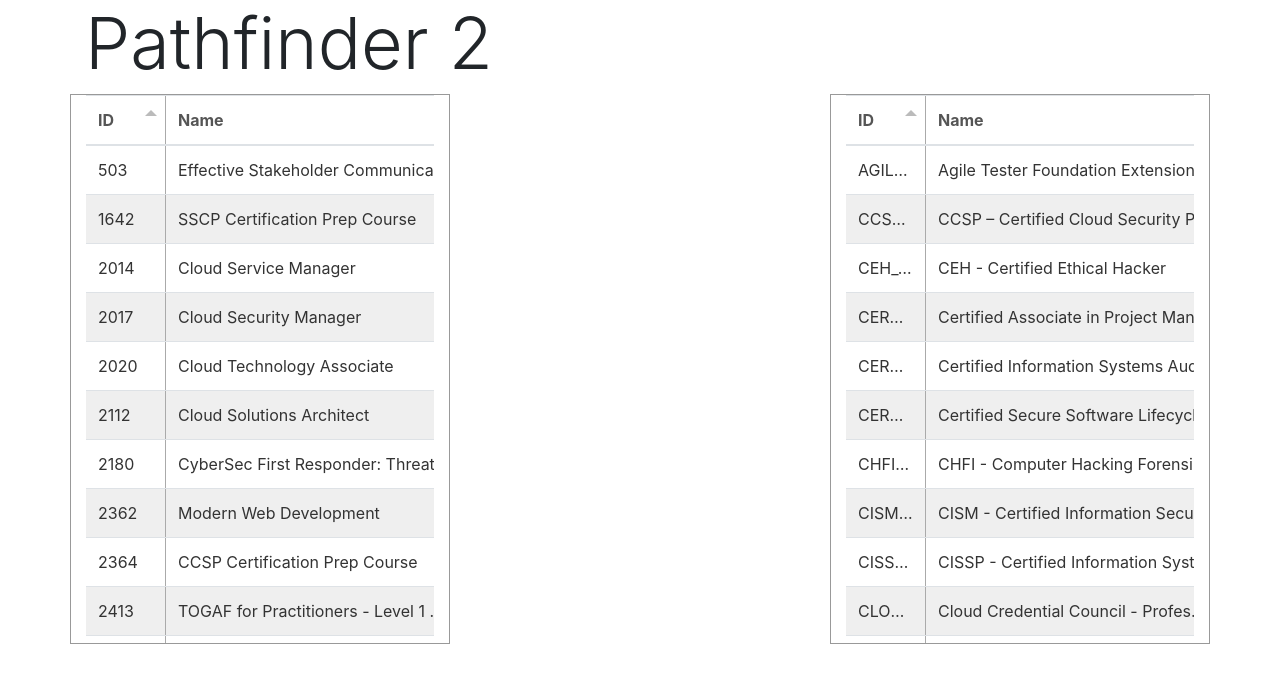
Repository: t1s1/pathfinder2
Page: index.html
The author's editor kept a record of every edit. The page is drawn from the files as they stood at one moment, then again after the next edit.
The browser window is 1280 px wide. The pictures show the whole page.

Above is the page before.

### index.html
<!doctype html>
<html class="no-js" lang="">

<head>
  <meta charset="utf-8">

  <link rel="stylesheet" type="text/css" href="https://cdnjs.cloudflare.com/ajax/libs/twitter-bootstrap/4.1.1/css/bootstrap.min.css"/>
  <link rel="stylesheet" href="tabulator/css/tabulator.min.css">
  <link rel="stylesheet" href="tabulator/css/bootstrap/tabulator_bootstrap4.min.css">
  <style type="text/css">

  </style>

  <script src="https://ajax.googleapis.com/ajax/libs/jquery/3.4.1/jquery.min.js"></script>
  <script type="text/javascript" src="https://cdnjs.cloudflare.com/ajax/libs/twitter-bootstrap/4.1.1/js/bootstrap.min.js"></script>
  <script type="text/javascript" src="tabulator/js/tabulator.min.js"></script>

  <script type="text/javascript" class="init">
    /*
      global $
    */
    $(document).ready(function() {
      $.get( "data/AA_courses.csv", function( data ) {processData(data, "course-table")});
      $.get( "data/AA_certs.csv", function( data ) {processData(data, "cert-table")});
    });

    function processData( data, tableName ) {
      var dataRows = data.split(/\r\n|\n/);
      var headers = dataRows[0].split(',');
      var data_arr = [];

      function removeQuoteMarks(string) {
        return string.replace(/"/g,'');
      };

      for (var i=1; i<dataRows.length; i++) {
         var data = dataRows[i].split(',');
          if (data.length == headers.length) {
            var row = {};
            for (var j=0; j<headers.length; j++) {
                row[headers[j]] = removeQuoteMarks(data[j]);
            }
            data_arr.push(row);
          }
      };

      var table = new Tabulator("#"+tableName, {
       	height:550,
       	data:data_arr,
       	layout:"fitColumns", //fit columns to width of table (optional)
       	columns:[ //Define Table Columns
       	 	{title:"ID", field:headers[0], width:80},
       	 	{title:"Name", field:headers[1]}
       	],
       	rowClick:function(e, row){ //trigger an alert message when the row is clicked
       			//alert("Row " + row.getData().id + " Clicked!!!!");
       	},
      });
    }

  </script>
</head>

<body>
<div class="container">
  <div class="row">
    <div class="col-lg"><h1 class="display-3">Pathfinder 2</h1></div>
  </div>
  <div class="row">
    <div id="course-table" class="col-xl-4"></div>
    <div id="assoc-table" class="col-xl-4"></div>
    <div id="cert-table"class="col-xl-4"></div>
  </div>
</div>
</body>

</html>

Loaded but not shown: tabulator/css/tabulator.min.css (library); tabulator/css/bootstrap/tabulator_bootstrap4.min.css (library); tabulator/js/tabulator.min.js (library)

After the next edit:
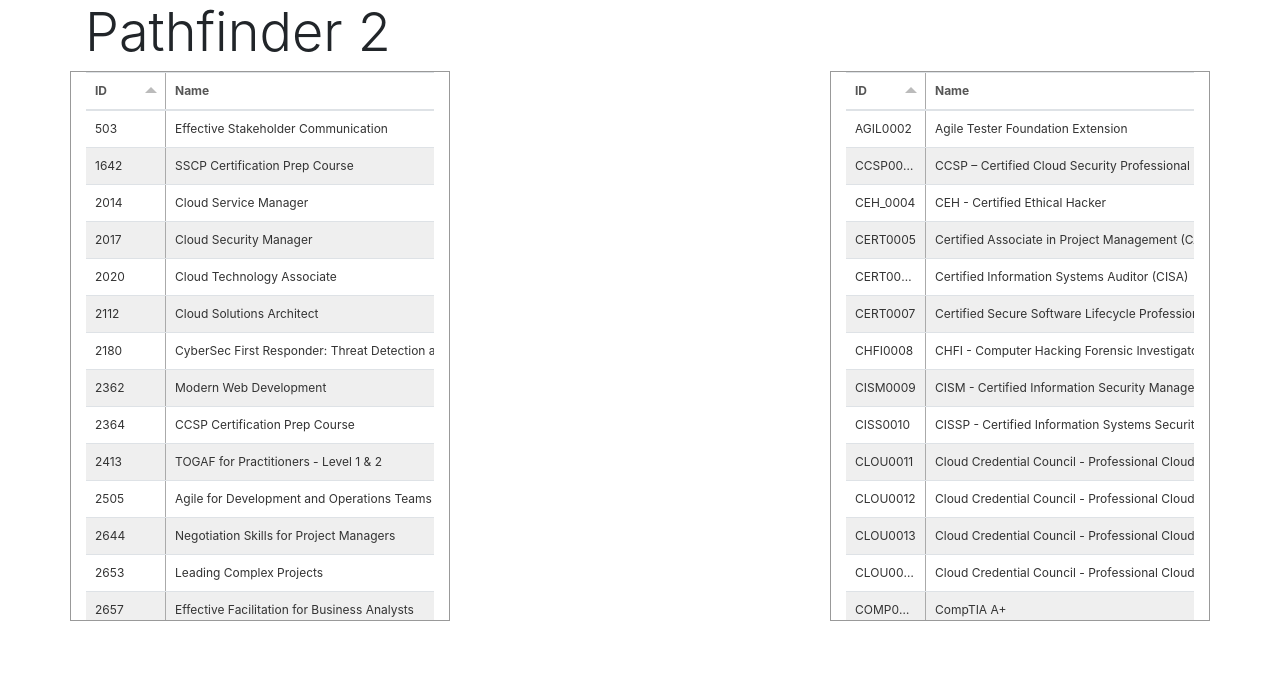
The edit:
--- a/index.html
+++ b/index.html
@@ -8,7 +8,7 @@
   <link rel="stylesheet" href="tabulator/css/tabulator.min.css">
   <link rel="stylesheet" href="tabulator/css/bootstrap/tabulator_bootstrap4.min.css">
   <style type="text/css">
-
+    html, body {font-size: 12px;}
   </style>
 
   <script src="https://ajax.googleapis.com/ajax/libs/jquery/3.4.1/jquery.min.js"></script>
